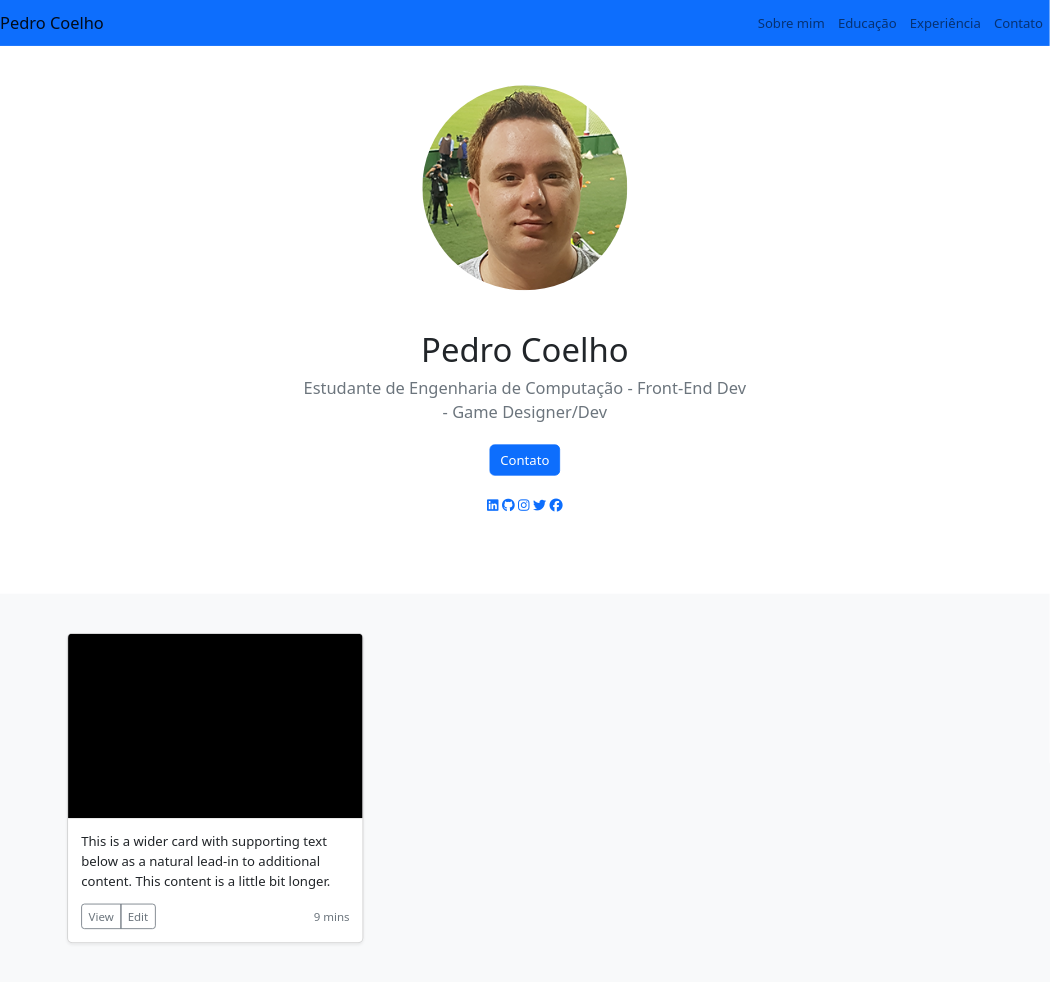
Repository: PedroHQCoelho/portfolio
Page: index.html
The author's editor kept a copy of each file at every save. The page is drawn from the files as they stood at one save, then again after the next save.
The browser window is 1280 px wide. The pictures show the whole page, at 82% of full size.
Some web libraries are served in a nearby version.

Above is the page before, as saved 2022-05-26 17:16:36.

After the next save:
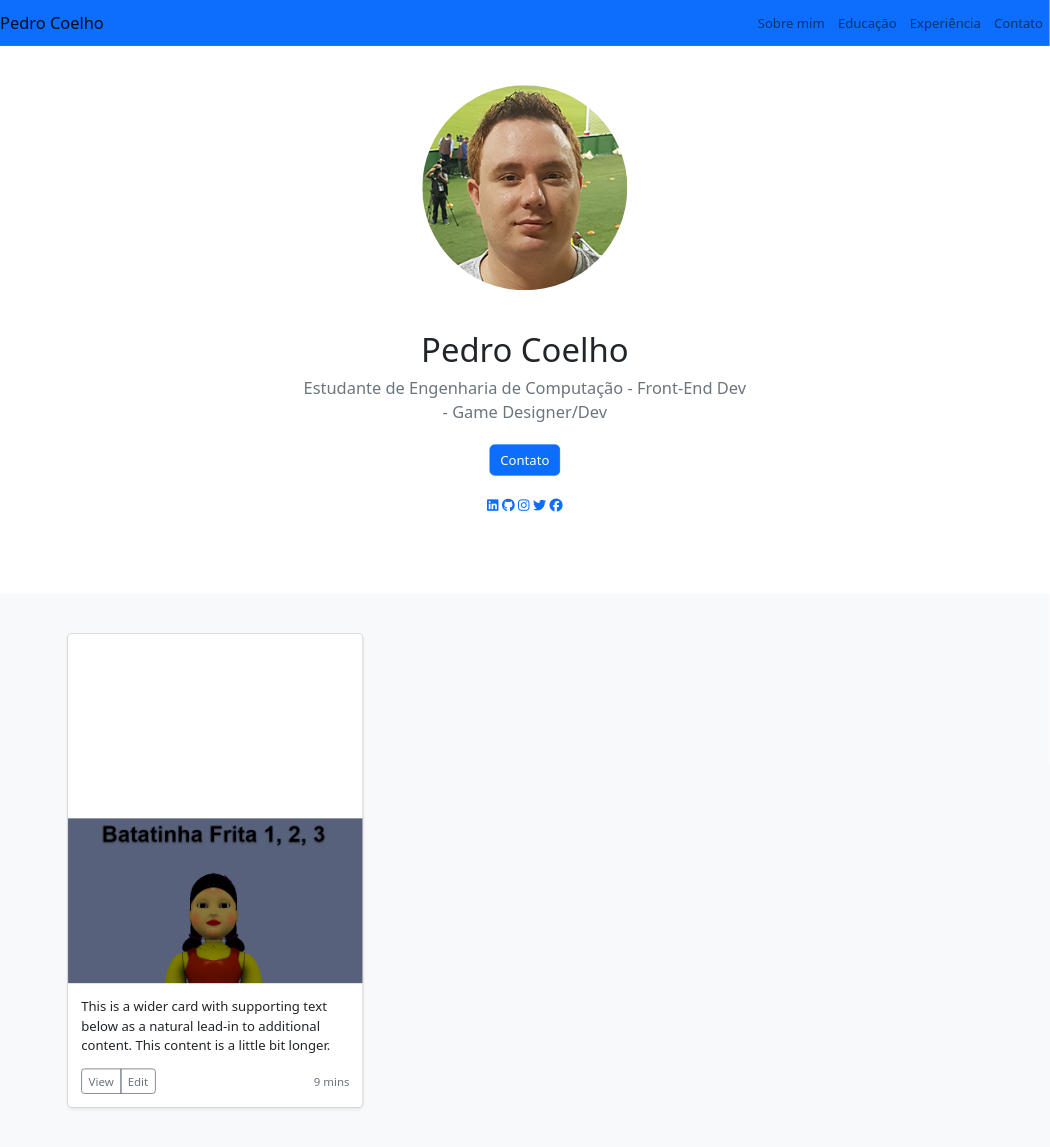
Saved 2 min 43 s later.
--- a/index.html
+++ b/index.html
@@ -64,7 +64,7 @@
           <div class="row row-cols-1 row-cols-sm-2 row-cols-md-3 g-3">
             <div class="col">
               <div class="card shadow-sm">
-                <svg class="bd-placeholder-img card-img-top" width="100%" height="225" xmlns="http://www.w3.org/2000/svg" role="img" aria-label="Placeholder: Thumbnail" preserveAspectRatio="xMidYMid slice" focusable="false"><title>Placeholder</title><rect width="100%" height="100%" src="img/batatinhafrita123.png" "></rect></svg>
+                <svg class="bd-placeholder-img card-img-top" width="100%" height="225" xmlns="http://www.w3.org/2000/svg" role="img" aria-label="Placeholder: Thumbnail" preserveAspectRatio="xMidYMid slice" focusable="false"><title>Placeholder</title><img src="img/batatinhafrita123.png" alt=""></svg>
 
                 <div class="card-body">
                   <p class="card-text">This is a wider card with supporting text below as a natural lead-in to additional content. This content is a little bit longer.</p>
